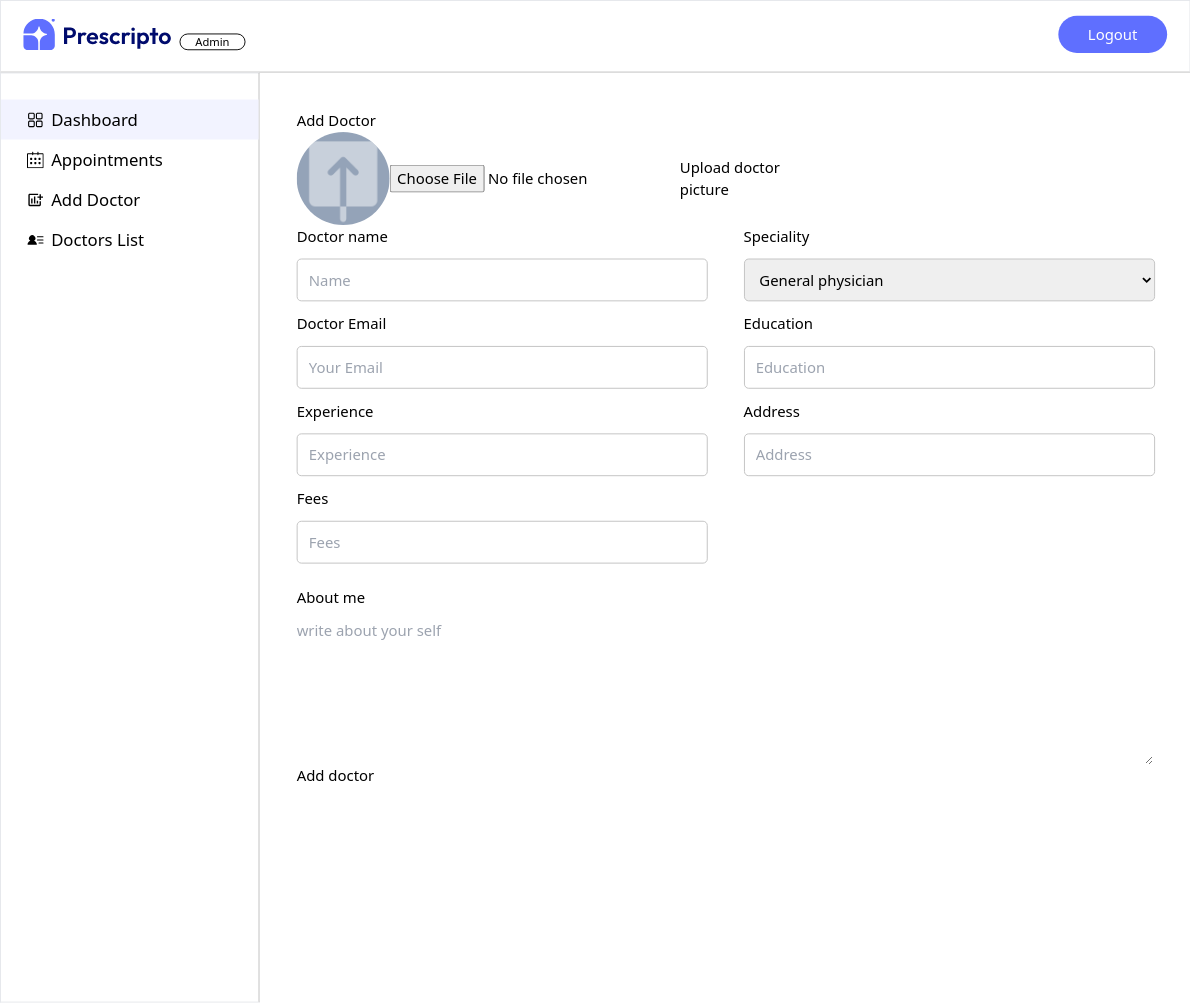
Repository: AzizHamdi99/Prescripto
Page: /addDoctor (app in AdminPanel/)
The author's editor kept a copy of each file at every save. The page is drawn from the files as they stood at one save, then again after the next save.
The browser window is 1280 px wide. The pictures show the whole page, at 93% of full size.
The project was rebuilt for these pictures with package versions that can differ from the ones it lists, and the page was loaded fresh each time. Also part of the build but not shown: AdminPanel/vite.config.js.

Above is the page before, as saved 2025-01-02 15:30:24.

After the next save:
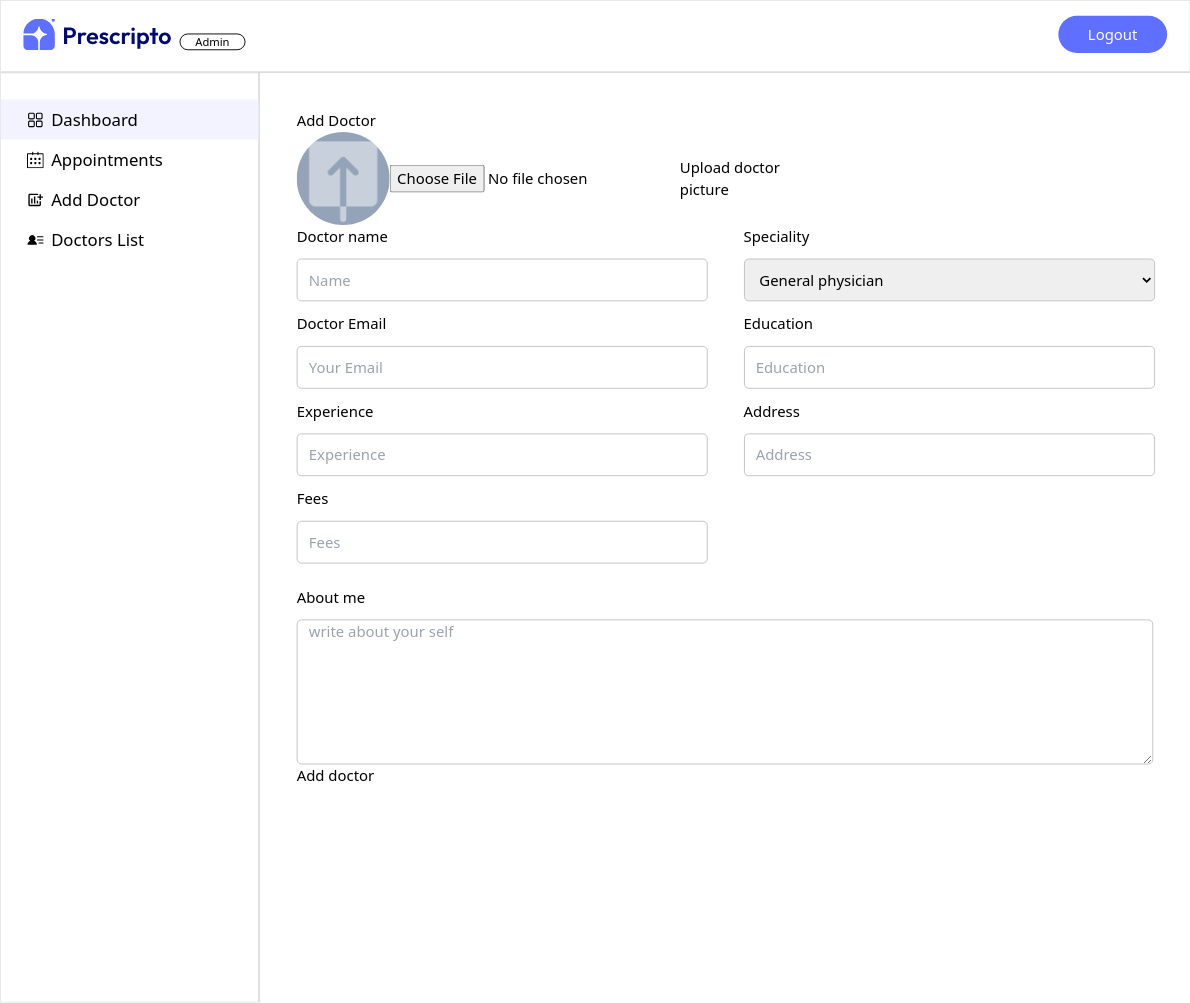
Saved 11 s later.
--- a/AdminPanel/src/componants/AddDoctor.jsx
+++ b/AdminPanel/src/componants/AddDoctor.jsx
@@ -57,7 +57,7 @@
             <div className='mt-6 flex flex-col gap-3'>
 
                          <label htmlFor="">About me </label>
-                        <textarea className='w-[921px] h-[156px] rounded-[5px]' name="" id="" placeholder='write about your self'></textarea>
+                        <textarea className='w-[921px] h-[156px] rounded-[5px] border-[1.5px] border-[#C1C1C1] px-3' name="" id="" placeholder='write about your self'></textarea>
 
             </div>
             <button>Add doctor</button>
